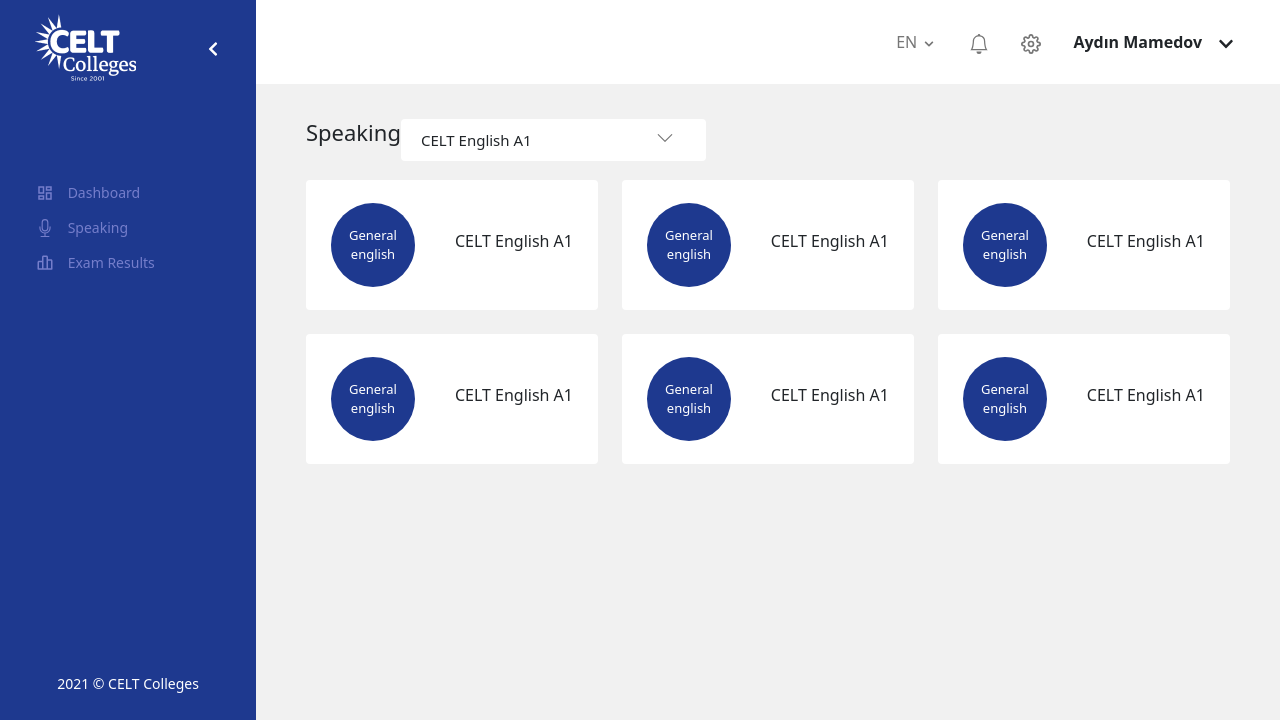
Repository: aydinws/celtapp
Page: /speaking
The author's editor kept a copy of each file at every save. The page is drawn from the files as they stood at one save, then again after the next save.
The browser window is 1280 px wide. The pictures show the whole page.
The project was rebuilt for these pictures with package versions that can differ from the ones it lists, and the page was loaded fresh each time. Also part of the build but not shown: src/pages/Dashboard/index.js, src/pages/ExamResults/index.scss, src/components/Table/index.scss, src/components/Pagination/index.scss, src/components/Pagination/index.js, src/components/Table/index.js, src/pages/ExamResults/index.js.

Above is the page before, as saved 2021-06-09 23:59:34.

After the next save:
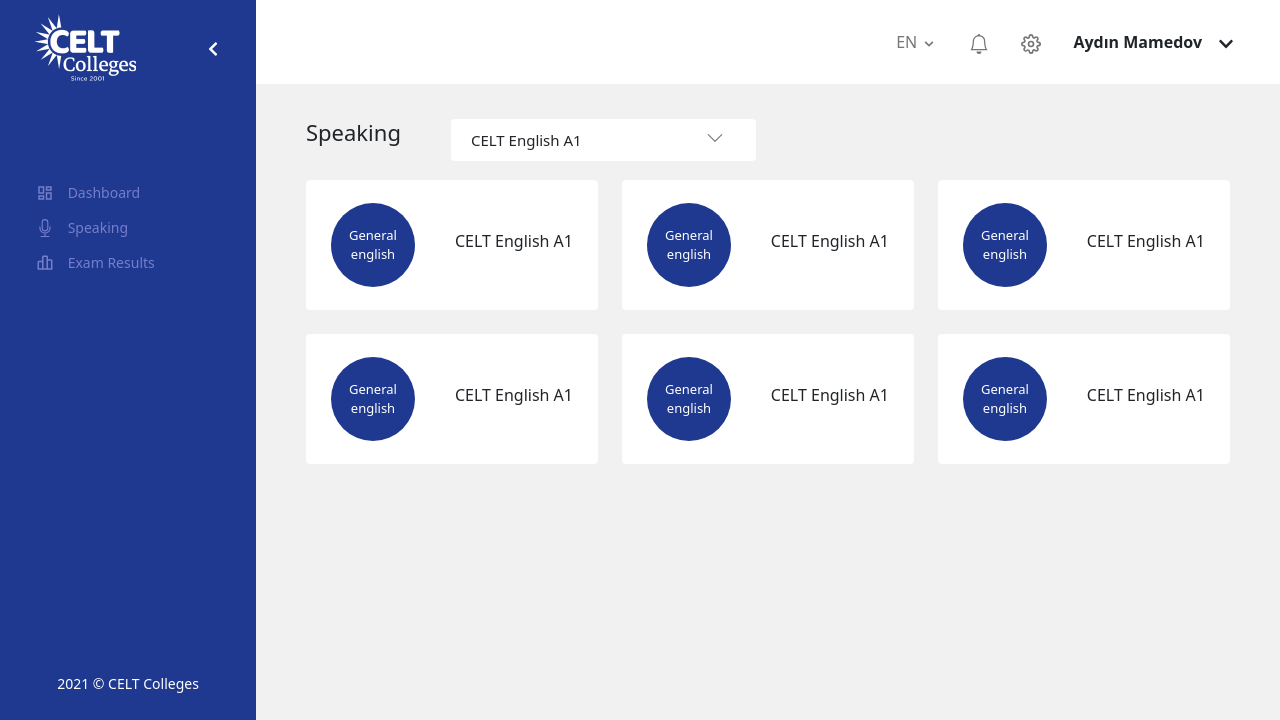
Saved 47 s later.
--- a/src/pages/Speakings/index.scss
+++ b/src/pages/Speakings/index.scss
@@ -51,7 +51,7 @@
     justify-content: space-between;
     align-items: center;
     padding: 0 20px;
-    margin: 0 50px 0 0;
+    margin: 0 0 0 50px;
 
     span {
         font-weight: 500;
